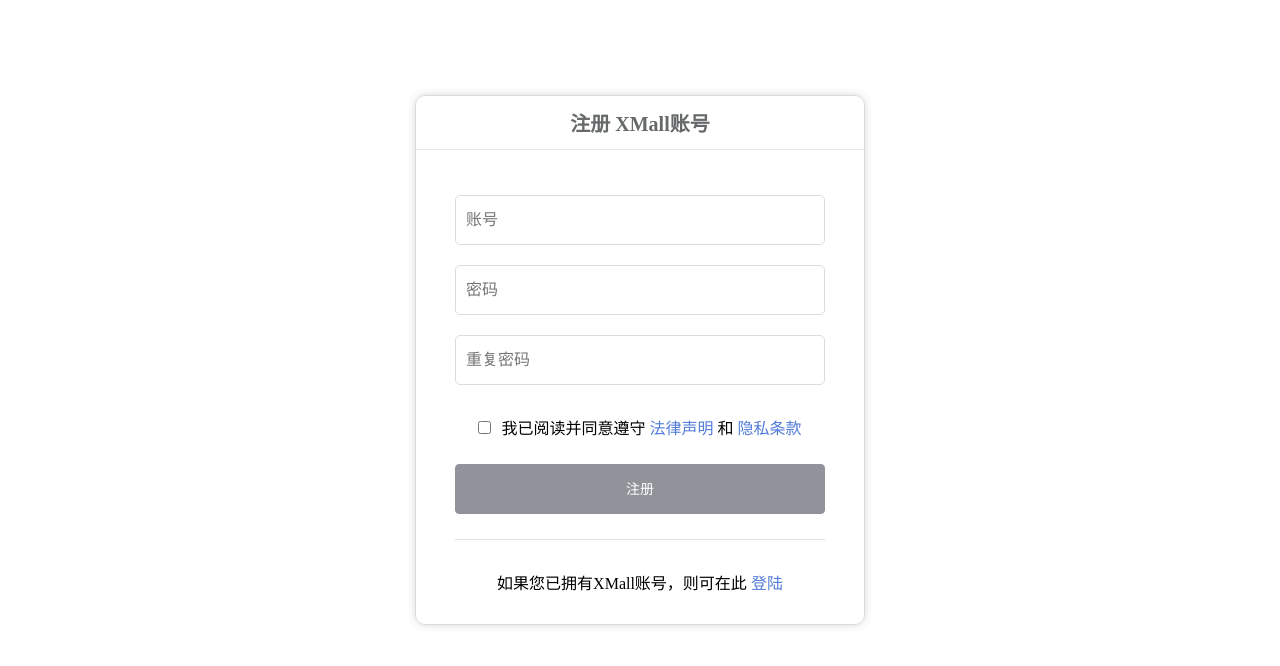
Repository: dingqihui1997/xmall-demo
Page: /register
The author's editor kept a copy of each file at every save. The page is drawn from the files as they stood at one save, then again after the next save.
The browser window is 1280 px wide. The pictures show the whole page.
The project was rebuilt for these pictures with package versions that can differ from the ones it lists, and the page was loaded fresh each time. Also part of the build but not shown: vue.config.js, src/views/Home.vue.

Above is the page before, as saved 2021-06-29 15:42:45.

### src/main.js
import Vue from 'vue'
import App from './App.vue'
import router from './router'
import store from './store'
import ElementUI from 'element-ui';
import 'element-ui/lib/theme-chalk/index.css';
Vue.use(ElementUI);
Vue.config.productionTip = false

new Vue({
  router,
  store,
  render: h => h(App)
}).$mount('#app')

### src/App.vue
<template>
  <div id="app">
    <router-view />
  </div>
</template>

<style lang="scss">
@import "./styles/common";
@import "./styles/ui";
</style>

### src/router/index.js
import Vue from 'vue'
import VueRouter from 'vue-router'
import Home from '../views/Home.vue'

Vue.use(VueRouter)

const routes = [
  {
    path: '/',
    name: 'Home',
    component: Home
  },
  {//登录
    path: '/signin',
    name: 'Signin',
    component: () => import('../components/signin/Signin.vue')
  },
  {//注册
    path: '/register',
    name: 'Register',
    component: () => import('../components/register/Register.vue')
  },


]

const router = new VueRouter({
  mode: 'history',
  base: process.env.BASE_URL,
  routes
})

export default router

### src/styles/common.scss
 * {
     margin: 0;
     padding: 0;
 }

 .center {
     margin: auto;
     position: absolute;
     top: 0;
     bottom: 0;
     left: 0;
     right: 0;
 }

 * {
     box-sizing: border-box;
 }

 .wi100 {
     width: 100%;
 }

 .hei100 {
     height: 100%;
 }

 .pflex {
     position: fixed;
     /* 固定定位 */
 }

 .flex {
     display: flex;
 }

 .flex-wrap {
     /* 子元素换行排列 */
     display: flex;
     flex-wrap: wrap;
     align-items: center;
 }

 .flex-j {
     display: flex;
     justify-content: center;
     /* 水平方向居中 */
 }

 .flex-a {
     display: flex;
     align-items: center;
     /* 垂直方向居中 */
 }

 .flex-ja {
     /* felx-ja 垂直水平方向居中 */
     display: flex;
     align-items: center;
     justify-content: center;
 }

 .flex-sb {
     /* flex-sb 子元素两边排列 */
     display: flex;
     justify-content: space-between;
 }

 .flex-sba {
     /* flex-sb 子元素两边排列 bing居中 */
     display: flex;
     justify-content: space-between;
     align-items: center;
 }

 .flex-d {
     /* z子元素竖向排列 */
     display: flex;
     flex-direction: column;
 }

 .flex-di {
     /* 子元素竖向排列并居中 */
     display: flex;
     flex-direction: column;
     align-items: center;
 }

 .flex-dj {
     /* 子元素竖向排列并居中 */
     display: flex;
     flex-direction: column;
 }

 .flex-dji {
     /* 子元素竖向排列并水平垂直居中 */
     display: flex;
     flex-direction: column;
     align-items: center;
     justify-content: center;
 }

 .pad-t10 {
     padding-top: 10px;
 }

 .pad-t15 {
     padding-top: 15px;
 }

 .margin-r55 {
     margin-right: 55px;
 }

 .marginauto {
     margin: 0 auto;
 }

 .img100 {
     width: 100%;
     height: 100%;
 }

 .img50 {
     width: 50%;
     height: 50%;
 }

 .imgh100 {
     height: 100%;
 }

 .img45 {
     width: 45%;
     height: 45%;
 }

 .img80 {
     width: 80%;
     height: 80%;
 }

 .font20 {
     font-size: 20px;
 }

 .font18 {
     font-size: 18px;
 }

 .font16 {
     font-size: 16px;
 }

 .font14 {
     font-size: 14px;
 }

 .font12 {
     font-size: 12px;
 }

 .flex1 {
     flex: 1;
 }

 .flex2 {
     flex: 1.5;
 }

 .color30 {
     color: #000000;
 }

 .color3f {
     /* 白色 */
     color: #fff;
 }

 .margin-t10 {
     margin-top: 10px;
 }

 .margin-t5 {
     margin-top: 5px;
 }

 .margin-t20 {
     margin-top: 20px;
 }

 .margin-r5 {
     margin-right: 5px;
 }

 .margin-r15 {
     margin-right: 15px;
 }

 .margin-r10 {
     margin-right: 10px;
 }

 .margin-r20 {
     margin-right: 20px;
 }

 .margin-r30 {
     margin-right: 30px;
 }

 .margin-l10 {
     margin-left: 10px;
 }

 .margin-l20 {
     margin-left: 20px;
 }

 .margin-b10 {
     margin-bottom: 10px;
 }

 .text-de {
     /* 有下划线 */
     text-decoration: underline;
 }

 .text-li {
     text-decoration: line-through;
     /* 删除线 */
 }

 .font-w7 {
     /* 加粗 */
     font-weight: 700;
 }

 .fontstyle-i {
     /* 斜体 */
     font-style: italic;
 }

 .shuoming {
     position: relative;
     top: 55px
 }

 .textr {
     text-align: right;
 }

### src/styles/ui.scss
.login {
    .el-input__inner {
        width: 370px;
        height: 50px;
    }

    .el-input__suffix {
        position: absolute;
        right: 50px;
    }

    .el-input {
        position: relative;
    }
}

### src/components/register/Register.vue
<template>
  <div class="one">
    <div class="box center flex-d login">
      <div class="top flex-ja">注册 XMall账号</div>
      <!-- 账号 -->
      <div class="flex-ja name">
        <input type="text" placeholder="账号" class="ipt" />
      </div>
      <!-- 密码 -->
      <div class="flex-ja name">
        <input type="password" placeholder="密码" class="ipt" />
      </div>
      <!-- 重复密码 -->
      <div class="flex-ja name">
        <input type="password" placeholder="重复密码" class="ipt" />
      </div>
      <div class="flex-ja choice">
        <input type="checkbox" class="inpt" />
        我已阅读并同意遵守<span>&nbsp;法律声明&nbsp;</span>和<span
          >&nbsp;隐私条款</span
        >
      </div>
      <div class="flex-ja regis">
        <el-button type="info">注册</el-button>
      </div>
      <div class="flex-ja">
        <div class="bottom flex-ja">
          如果您已拥有XMall账号，则可在此<span>&nbsp;登陆</span>
        </div>
      </div>
    </div>
  </div>
</template>

<script>
export default {
  name: "",
  props: {},
  data() {
    return {
      username: "",
      password: "",
      Repeat: "",
    };
  },
  components: {},
  methods: {},
  mounted() {},
  computed: {},
  watch: {},
};
</script>

<style lang='scss' scoped>
.box {
  width: 450px;
  height: 530px;
  border: 1px solid #dadada;
  border-radius: 10px;
  box-shadow: 0 0 10px #dadada;
}
.one {
  height: 100vh;
}
.top {
  height: 60px;
  border-bottom: 1px solid #e7e7e7;
  font-size: 20px;
  color: #66696a;
  font-weight: 700;
  margin-bottom: 35px;
}
.ipt {
  width: 370px;
  height: 50px;
  outline: none;
  border: 1px #dcdcdc solid;
  border-radius: 5px;
  padding-left: 10px;
  font-size: 16px;
}
.el-button {
  margin: 25px 0px;
  width: 370px;
  height: 50px;
}
span {
  color: #527bd9;
}

.name {
  margin-top: 10px;
  margin-bottom: 10px;
  text-align: center;
}
.choice {
  margin-top: 20px;
}
.regis {
  padding: 0 35px;
}
.inpt {
  margin-right: 10px;
}
.bottom {
  width: 370px;
  border-top: 1px #e0e0df solid;
  padding: 30px 0;
}
</style>

Loaded but not shown: public/index.html (common file); src/store/index.js (common file)

After the next save:
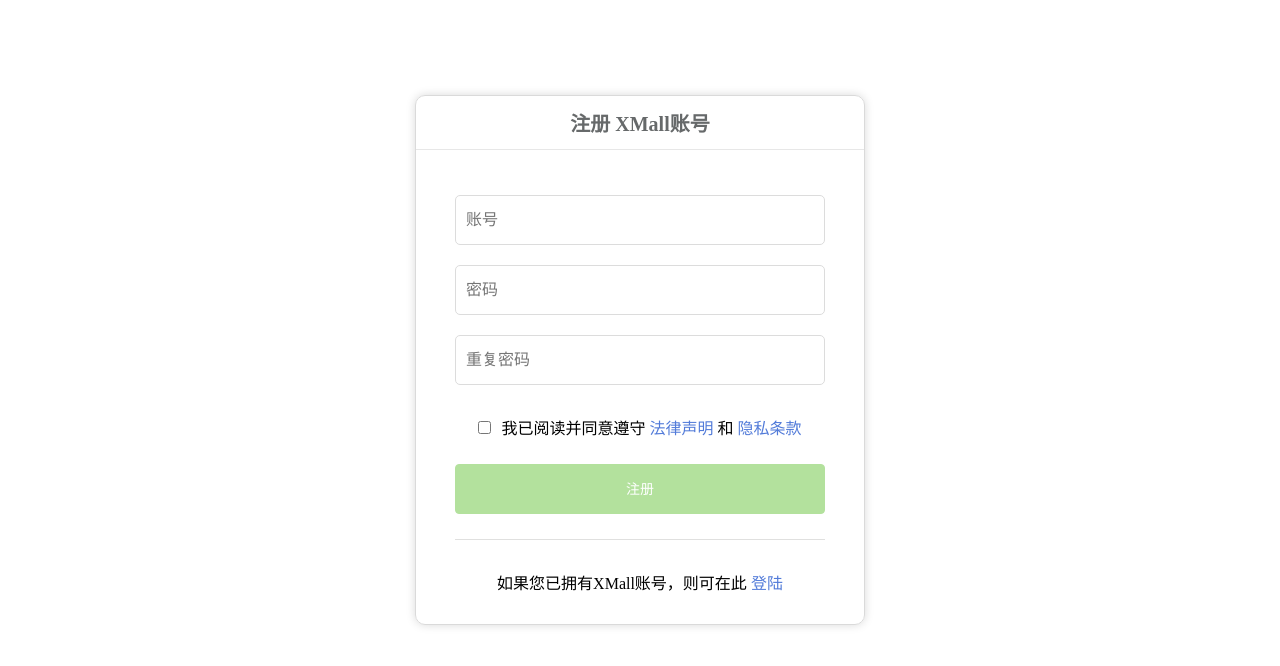
Saved 55 s later.
--- a/src/components/register/Register.vue
+++ b/src/components/register/Register.vue
@@ -21,7 +21,7 @@
         >
       </div>
       <div class="flex-ja regis">
-        <el-button type="info">注册</el-button>
+        <el-button type="success" disabled>注册</el-button>
       </div>
       <div class="flex-ja">
         <div class="bottom flex-ja">
